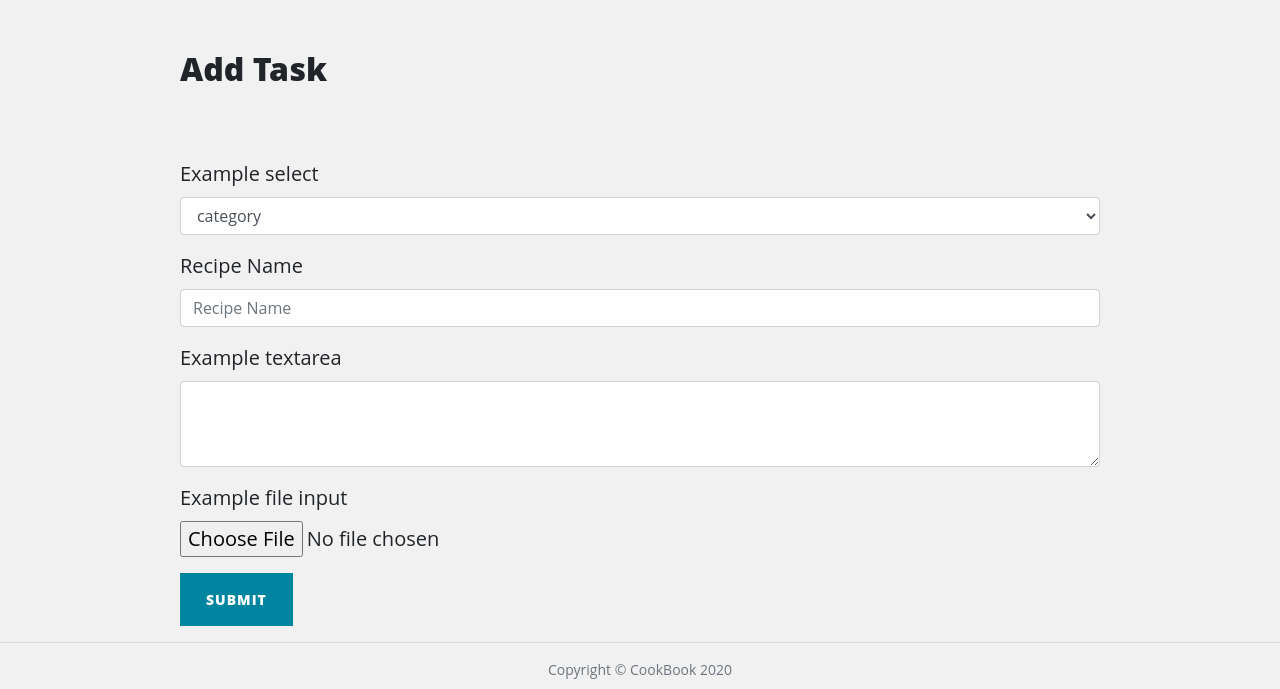
Repository: EricGaona/PracticalPythonDataCentricMilestoneProject
Page: templates/addrecipe.html
The author's editor kept a record of every edit. The page is drawn from the files as they stood at one moment, then again after the next edit.
The browser window is 1280 px wide. The pictures show the part of the page from y = 820 to 1509 px (the page is 1509 px tall).
The page is served by the project's application, run on Flask 3 (app.py). The template is opened directly, without the code that normally fills it, so the values that code supplies are empty.

Above is the page before.

After the next edit:
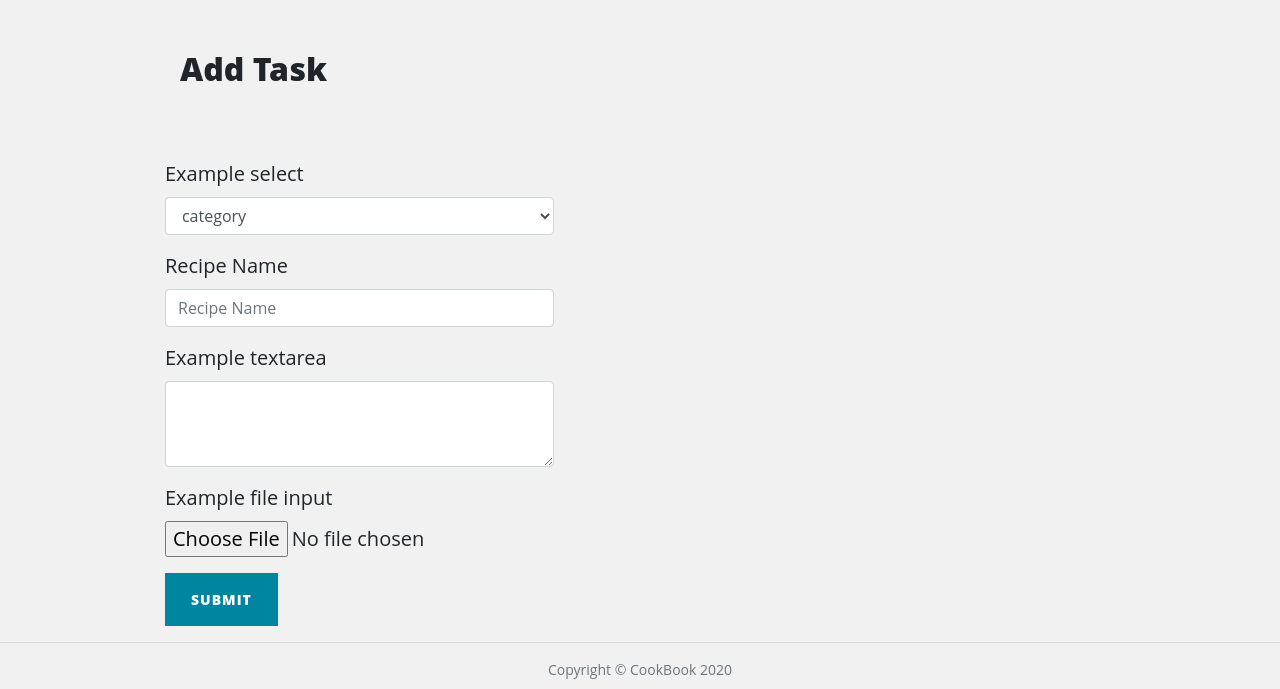
The edit:
--- a/templates/addrecipe.html
+++ b/templates/addrecipe.html
@@ -3,7 +3,8 @@
 
 
     <h2>Add Task</h2>
-     <!--<div class="col-lg-8 col-md-10 mx-auto">-->
+
+     <div class="row featurette">
     <form>
 
     <div class="form-group">
